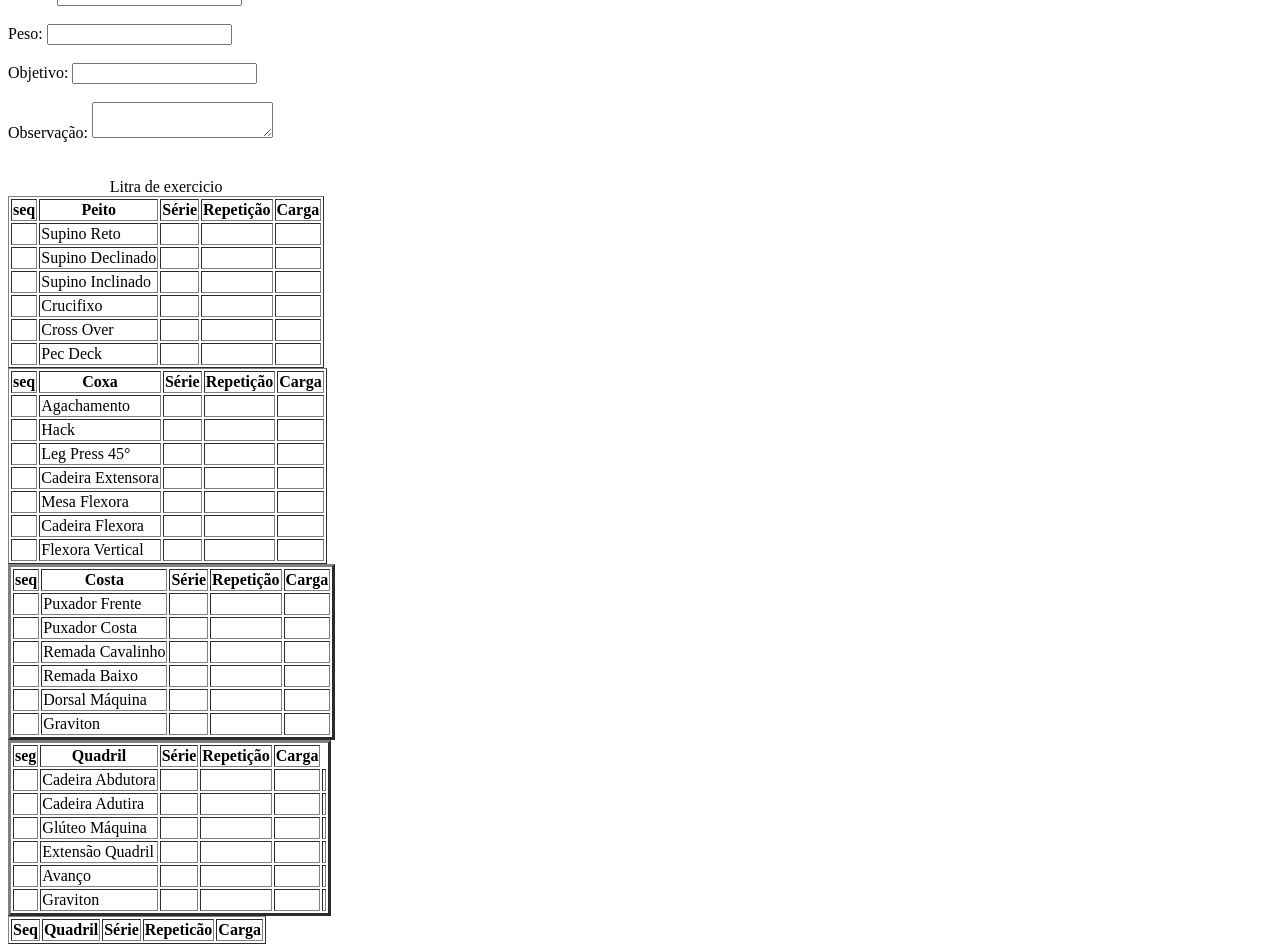
Repository: luisjonson/ProjetoWebAcademia
Page: Projeto_Web/RepositorioWebProject/WebContent/FichaAluno.html
An editor plug-in stored every save of this project. The page is shown before and after the next save, followed by the edit.
The browser window is 1280 px wide. The pictures show the part of the page from y = 504 to 1456 px (the page is 1456 px tall before and 1452 px after).
A picture or video elsewhere on the page could not be fetched, so the positions and the page height are approximate.

Above is the page before, as saved 2017-04-06 01:22:46.

### Projeto_Web/RepositorioWebProject/WebContent/FichaAluno.html
<!DOCTYPE html>
<html>
<head>
<meta charset="utf-8">
<title>Insert title here</title>
</head>

<figure>
	<img alt="Smart-Fit"
		src="C:/Users/nano/workspace/Projeto_Web/RepositorioWebProject/WebContent/WEB-INF/Imagem/Smart.png">
</figure>

<body>



	<form action="Cadastro" method="post">



		<label>N° Aluno:</label><br>
		<br> <label>Nome: <input name="nome"></label><br>
		<br> <label>Telefone: <input name="telefone"></label><br>
		<br> <label>Data de Nascimento <input
			name="dataDeNascimento"></label><br>
		<br> <label>Altura: <input type="text" name="Altura"
			required></label><br>
		<br> <label>Peso: <input name="Peso"></label><br>
		<br> <label>Objetivo: <input name="objetivo"></label><br>
		<br> Observação:
		<textarea name="obsevação"></textarea>
	</form>
	<br>
	<br>

	<div class="table-responsive">
	<table cl border="1">

		<caption>Litra de exercicio</caption>

		<tr>
			<th>seq</th>
			<th>Peito</th>
			<th>Série</th>
			<th>Repetição</th>
			<th>Carga</th>
		</tr>


		<tr>
			<td></td>
			<td>Supino Reto</td>
			<td></td>
			<td></td>
			<td></td>
		</tr>

		<tr>
			<td></td>
			<td>Supino Declinado</td>
			<td></td>
			<td></td>
			<td></td>
		</tr>

		<tr>
			<td></td>
			<td>Supino Inclinado</td>
			<td></td>
			<td></td>
			<td></td>
		</tr>

		<tr>
			<td></td>
			<td>Crucifixo</td>
			<td></td>
			<td></td>
			<td></td>
		</tr>

		<tr>
			<td></td>
			<td>Cross Over</td>
			<td></td>
			<td></td>
			<td></td>
		</tr>

		<tr>
			<td></td>
			<td>Pec Deck</td>
			<td></td>
			<td></td>
			<td></td>
		</tr>

	</table>


	<table border="1">

		<tr>
			<th>seq</th>
			<th>Coxa</th>
			<th>Série</th>
			<th>Repetição</th>
			<th>Carga</th>
		</tr>

		<tr>
			<td></td>
			<td>Agachamento</td>
			<td></td>
			<td></td>
			<td></td>
		</tr>

		<tr>
			<td></td>
			<td>Hack</td>
			<td></td>
			<td></td>
			<td></td>
		</tr>

		<tr>
			<td></td>
			<td>Leg Press 45°</td>
			<td></td>
			<td></td>
			<td></td>
		</tr>

		<tr>
			<td></td>
			<td>Cadeira Extensora</td>
			<td></td>
			<td></td>
			<td></td>
		</tr>

		<tr>
			<td></td>
			<td>Mesa Flexora</td>
			<td></td>
			<td></td>
			<td></td>
		</tr>

		<tr>
			<td></td>
			<td>Cadeira Flexora</td>
			<td></td>
			<td></td>
			<td></td>
		</tr>

		<tr>
			<td></td>
			<td>Flexora Vertical</td>
			<td></td>
			<td></td>
			<td></td>
		</tr>

		<table border="3">
			<tr>
				<th>seq</th>
				<th>Costa</th>
				<th>Série</th>
				<th>Repetição</th>
				<th>Carga</th>
			</tr>

			<tr>
				<td></td>
				<td>Puxador Frente</td>
				<td></td>
				<td></td>
				<td></td>
			</tr>

			<tr>
				<td></td>
				<td>Puxador Costa</td>
				<td></td>
				<td></td>
				<td></td>
			</tr>

			<tr>
				<td></td>
				<td>Remada Cavalinho</td>
				<td></td>
				<td></td>
				<td></td>
			</tr>

			<tr>
				<td></td>
				<td>Remada Baixo</td>
				<td></td>
				<td></td>
				<td></td>
			</tr>

			<tr>
				<td></td>
				<td>Dorsal Máquina</td>
				<td></td>
				<td></td>
				<td></td>
			</tr>

			<tr>
				<td></td>
				<td>Graviton</td>
				<td></td>
				<td></td>
				<td></td>
			</tr>
		</table>
	</table>

	<table border="3">

		<tr>
			<th>seg</th>
			<th>Quadril</th>
			<th>Série</th>
			<th>Repetição</th>
			<th>Carga</th>
		</tr>

		<tr>
			<td></td>
			<td>Cadeira Abdutora</td>
			<td></td>
			<td></td>
			<td></td>
			<td></td>
		</tr>
		<tr>
			<td></td>
			<td>Cadeira Adutira</td>
			<td></td>
			<td></td>
			<td></td>
			<td></td>
		</tr>

		<tr>
			<td></td>
			<td>Glúteo Máquina</td>
			<td></td>
			<td></td>
			<td></td>
			<td></td>
		</tr>

		<tr>
			<td></td>
			<td>Extensão Quadril</td>
			<td></td>
			<td></td>
			<td></td>
			<td></td>
		</tr>

		<tr>
			<td></td>
			<td>Avanço</td>
			<td></td>
			<td></td>
			<td></td>
			<td></td>
		</tr>

		<tr>
			<td></td>
			<td>Graviton</td>
			<td></td>
			<td></td>
			<td></td>
			<td></td>
		</tr>
	</table>

		<table  class="table" border="1" >

			<tr>
				<th>Seq</th>
				<th>Quadril</th>
				<th>Série</th>
				<th>Repeticão</th>
				<th>Carga</th>
			</tr>


		</table>
	</div>

</body>
</html>

After the next save:
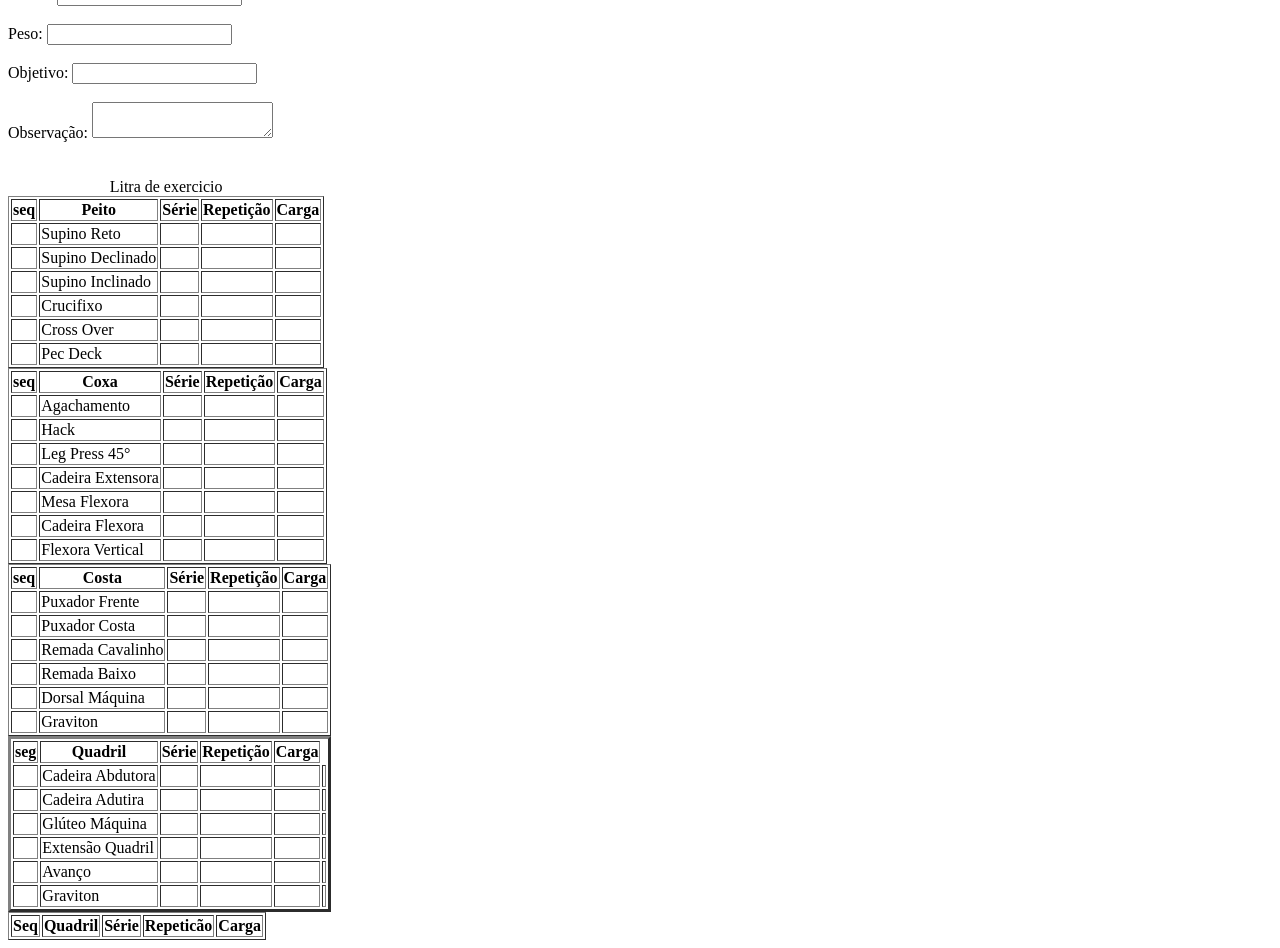
Saved 19 s later.
--- a/Projeto_Web/RepositorioWebProject/WebContent/FichaAluno.html
+++ b/Projeto_Web/RepositorioWebProject/WebContent/FichaAluno.html
@@ -164,7 +164,7 @@
 			<td></td>
 		</tr>
 
-		<table border="3">
+		<table border="1">
 			<tr>
 				<th>seq</th>
 				<th>Costa</th>
